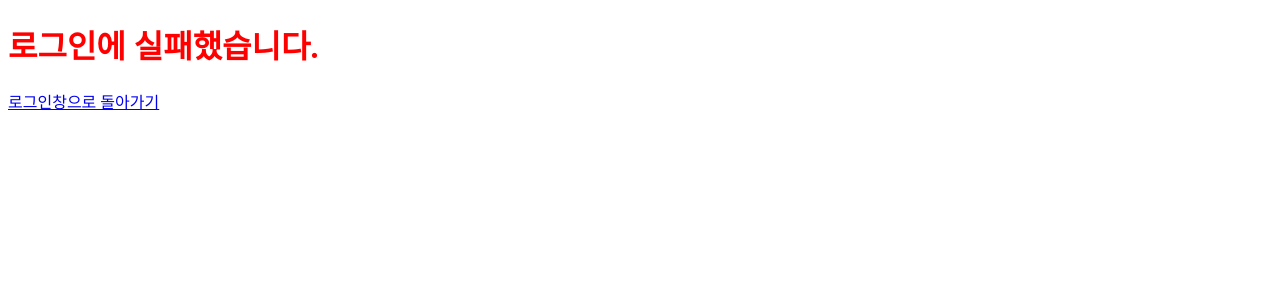
Repository: hanbeen03/javabasic
Page: http://localhost/JDBCBasic/users/users_login_fail.jsp
An editor plug-in stored every save of this project. The page is shown before and after the next save, followed by the edit.
The browser window is 1280 px wide. The pictures show the whole page.
The page is served by Tomcat 9.

Above is the page before, as saved 2021-08-04 01:10:24.

After the next save:
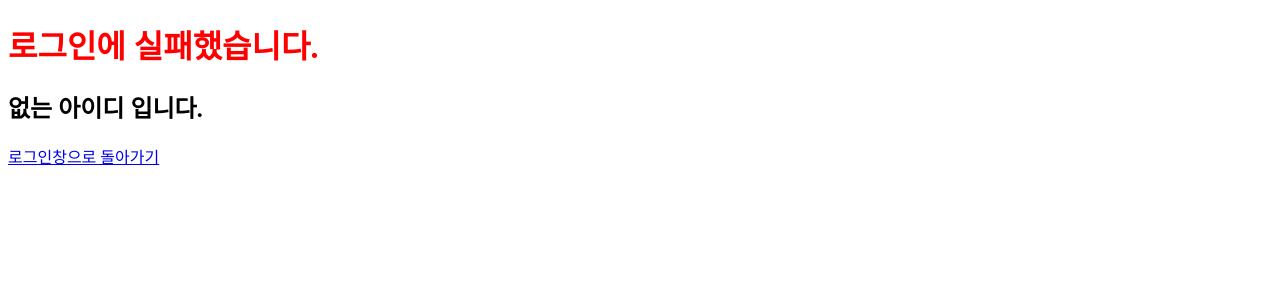
Saved 9 min 7 s later.
--- a/JDBCBasic/WebContent/users/users_login_fail.jsp
+++ b/JDBCBasic/WebContent/users/users_login_fail.jsp
@@ -8,6 +8,7 @@
 </head>
 <body>
 	<h1 style="color:red">로그인에 실패했습니다.</h1>
+	<h2>없는 아이디 입니다.</h2>
 	<a href="users_login_form.jsp">로그인창으로 돌아가기</a>
 </body>
 </html>
